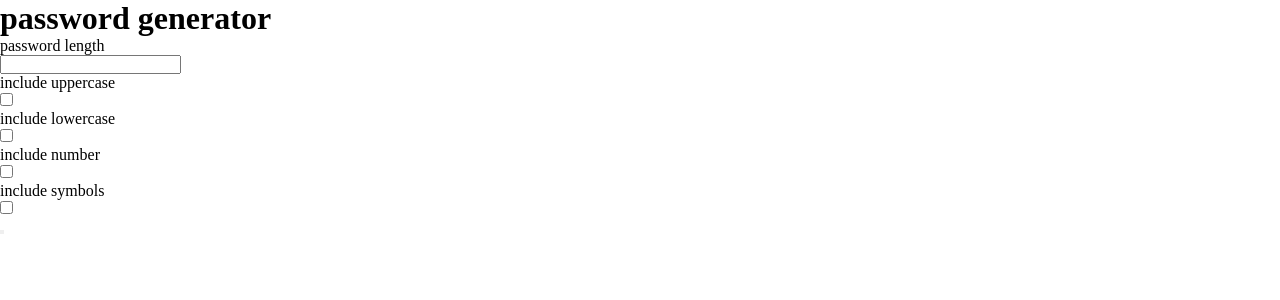
Repository: Eugene44-hub/password-generator
Page: index.html
The author's editor kept a copy of each file at every save. The page is drawn from the files as they stood at one save, then again after a run of saves.
The browser window is 1280 px wide. The pictures show the whole page.

Above is the page before, as saved 2021-09-23 10:19:37.

After the next 2 saves:
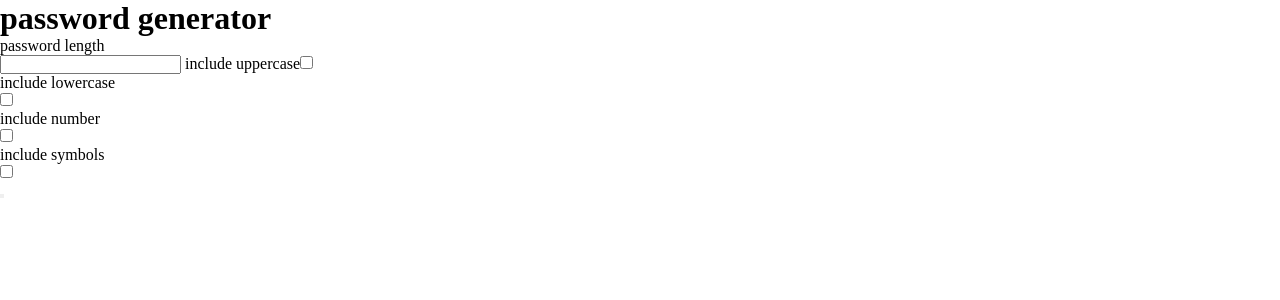
The 2 saves are shown as one change because they came seconds apart.
The last was saved 34 s later.
--- a/index.html
+++ b/index.html
@@ -18,7 +18,7 @@
         <div class="select-options">
             <p>password length</p>
             <input type="number">
-            <p>include uppercase</p><input type="checkbox" id="uppercase">
+            <span>include uppercase</span><input type="checkbox" id="uppercase">
             <p>include lowercase</p><input type="checkbox" id="lowercase">
             <p>include number</p><input type="checkbox" id="number">
             <p>include symbols</p><input type="checkbox" id="symbol">

After the save that followed:
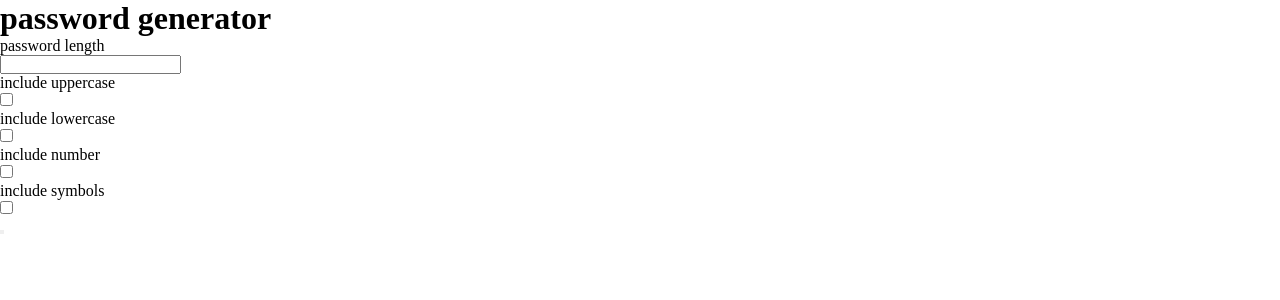
Saved 8 s later.
--- a/index.html
+++ b/index.html
@@ -18,7 +18,7 @@
         <div class="select-options">
             <p>password length</p>
             <input type="number">
-            <span>include uppercase</span><input type="checkbox" id="uppercase">
+            <p>include uppercase</p><input type="checkbox" id="uppercase">
             <p>include lowercase</p><input type="checkbox" id="lowercase">
             <p>include number</p><input type="checkbox" id="number">
             <p>include symbols</p><input type="checkbox" id="symbol">
